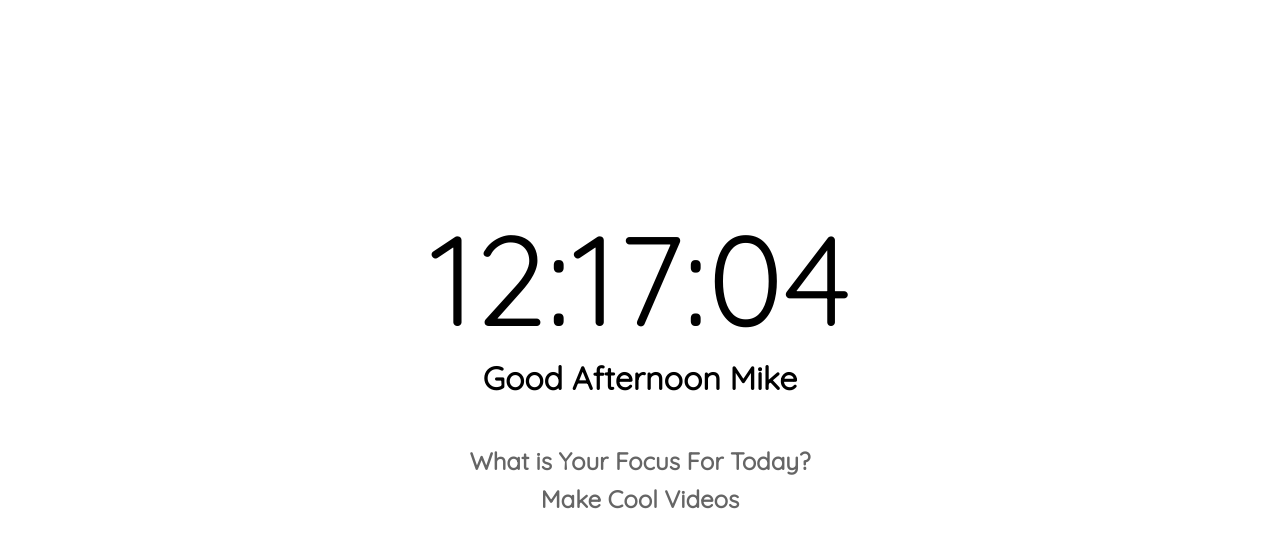
Repository: shadowmare358/focusApp
Page: index.html
The author's editor kept a copy of each file at every save. The page is drawn from the files as they stood at one save, then again after a run of saves.
The browser window is 1280 px wide. The pictures show the whole page.

Above is the page before, as saved 2019-08-13 14:50:23.

### index.html
<!DOCTYPE html>
<html lang="en">
<head>
    <meta charset="UTF-8">
    <meta name="viewport" content="width=device-width, initial-scale=1.0">
    <meta http-equiv="X-UA-Compatible" content="ie=edge">
    <link href="https://fonts.googleapis.com/css?family=Quicksand&display=swap" rel="stylesheet">
    <link rel="stylesheet" href="css/style.css">
    <title>Welcome</title>
</head>
<body>
    <time id="time">12:17:04</time>
    <h1>
        <span id="greeting">Good Afternoon</span>
        <span id="name" contenteditable="true">Mike</span>
    </h1>

    <h2>What is Your Focus For Today?</h2>
    <h2 id="focus" contenteditable="true">Make Cool Videos</h2>

    <script src="js/main.js"></script>
</body>
</html>

### css/style.css
*{
    box-sizing: border-box;
    margin: 0;
    padding: 0;

}

body{
    font-family: 'Quicksand', sans-serif;
    display: flex;
    flex-direction: column;
    align-items: center;
    justify-content: center;
    text-align: center;
    height: 100vh;
    color: black;
}

#time {
    font-size: 8rem;
}
h1{
    margin-bottom: 3rem;
}
h2{
    margin-bottom: 0.5rem;
    opacity: 0.6;
}
@media(max-width: 700px) {
#time{
    font-size: 6rem;
}
}

### js/main.js
const time = document.getElementById('time'),
greeting = document.getElementById('greeting'),
name = document.getElementById('name'),
focus = document.getElementById('focus')

function showTime() {
    let today = new Date(),
    hour= today.getHours(),
    min = today.getMinutes(),
    sec = today.getSeconds()

    const amPm = hour >= 12 ? 'PM' : 'AM';

    hour = hour % 12 || 12;

    time.innerHTML = `${hour}<span>:</span>${min}<span>:</span>${sec}`;

    setTimeout(showTime, 1000);


}

After the next 2 saves:
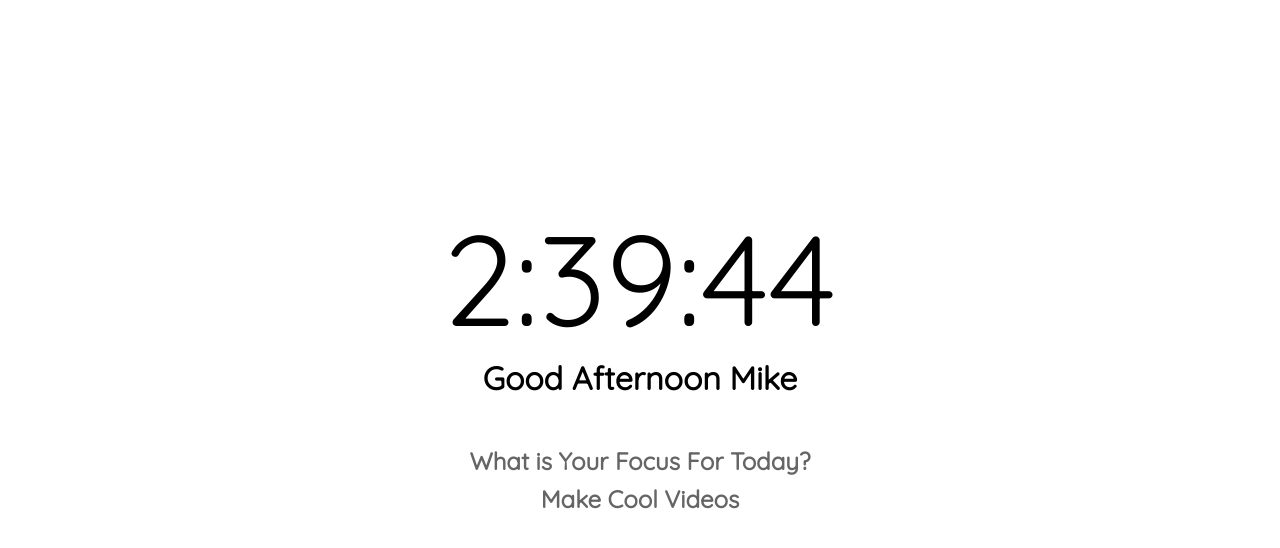
The 2 saves are shown as one change because they came seconds apart.
The last was saved 8 s later.
--- a/js/main.js
+++ b/js/main.js
@@ -16,6 +16,6 @@
     time.innerHTML = `${hour}<span>:</span>${min}<span>:</span>${sec}`;
 
     setTimeout(showTime, 1000);
+}
 
-
-}
+showTime();
